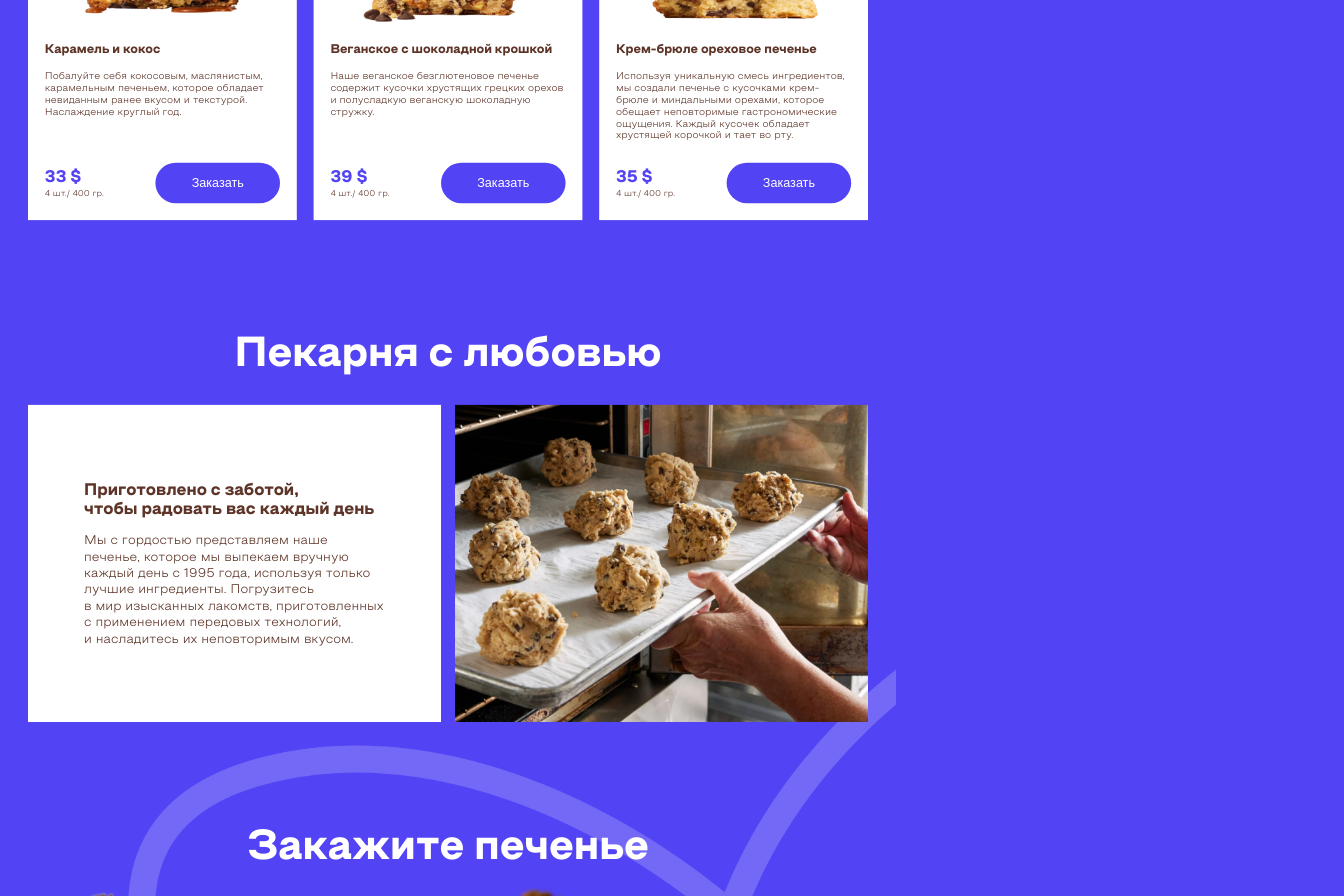
Repository: Albert24-Front-end/cookies-JS
Page: index.html
The author's editor kept a copy of each file at every save. The page is drawn from the files as they stood at one save, then again after the next save.
The browser window is 1280 px wide. The page is 1280 px wide, then 1920 px, then 1280 px, so the pictures cover 1920 px, including what lies to the right of the window. The pictures show the part of the page from y = 3058 to 4338 px (the page is 5256 px tall before and 10557 px after), at 70% of full size.

Above is the page before, as saved 2025-01-27 23:01:53.

### index.html
<!DOCTYPE html>
<html lang="en">
<head>
    <meta charset="UTF-8">
    <meta name="viewport" content="width=device-width, initial-scale=1.0">
    <link rel="icon" type="image/svg+xml" href="/images/cookies.png" />
    <link rel="stylesheet" href="./style.css">
    <title>Cookies</title>
</head>
<body>
    <div class="main">
        <div class="currency" title="Изменить валюту" id="change-currency">$</div>
    <header class="header">
        <div class="container">
            <div class="logo"><img src="./images/logo.png" alt="Logo"></div>
            <nav class="menu">
                <ul class="menu-list">
                    <li class="menu-item">
                        <a data-link="products">Каталог</a>
                    </li>
                    <li class="menu-item">
                        <a data-link="love-backery">О нас</a>
                    </li>
                    <li class="menu-item">
                        <a data-link="form_order">Оформление заказа</a>
                    </li>
                </ul>
            </nav>
        </div>
    </header>
    <section class="main-content">
        <div class="container">
            <img src="./images/line1.png" alt="line1" class="line1">
            <div class="main-info">
                <h1 class="main-title">Магия вкуса в каждой крошке</h1>
                <p class="main-text">Наши рецепты вдыхают жизнь в изысканность ингредиентов:
                    ароматное натуральное масло, свежие сливки, чистый мёд и отборная мука. Мы
                    тщательно отбираем каждый компонент премиального печенья, стремясь
                    подарить вам истинное кулинарное наслаждение.</p>
                    <div class="main-action">
                        <button class="button" id="">Заказать</button>
                    </div>
            </div>
            <img src="./images/cookie.png" alt="cookie" class="main-image">
        </div>
    </section>

    <section class="products">
        <div class="container">
            <img src="./images/line2.png" alt="line2" class="line2">
            <h2>Выберите печенье</h2>
            <div class="sugar-free">
                <div>Все</div>
                <input type="checkbox" id="switch"  />
                <label for="switch"></label>
                <div>Без сахара</div>
            </div>
            <div class="products-items">
                <!-- <div class="products-item">
                    <div class="image-wrapper"><img src="./images/1.png" alt="product1"></div>
                    <div class="products-item-details">
                        <h4>Лучшие друзья</h4>
                        <p>Печенье, с которого все началось!
                            Наше фирменное печенье с шоколадной крошкой
                            и грецкими орехами хрустящее снаружи с достаточно толстой и
                            липкой серединкой.</p>
                        <div class="products-item-extra">
                            <div class="products-item-info">
                                <div class="products-item-price" data-base-price="20">20 $</div>
                                <div class="products-item-weight">2 шт./ 200 гр.</div>
                            </div>
                            <button class="button violet">Заказать</button>
                        </div>
                    </div>
                </div>

                <div class="products-item">
                    <div class="image-wrapper"><img src="./images/2.png" alt="product2"></div>
                    <div class="products-item-details">
                        <h4>Шоколадный француз</h4>
                        <p>Это печенье, изготовленное из тёмного французского какао
                             и полусладкой шоколадной стружки, наверняка удовлетворит
                             даже самого заядлого любителя шоколада.</p>
                        <div class="products-item-extra">
                            <div class="products-item-info">
                                <div class="products-item-price"  data-base-price="24">24 $</div>
                                <div class="products-item-weight">2 шт./ 200 гр.</div>
                            </div>
                            <button class="button violet">Заказать</button>
                        </div>
                    </div>
                </div>

                <div class="products-item">
                    <div class="image-wrapper"><img src="./images/3.png" alt="product3"></div>
                    <div class="products-item-details">
                        <h4>Овсянка с изюмом, Сэр!</h4>
                        <p>Это сдобное маслянистое печенье весом шесть унций каждое,
                            золотисто-коричневое снаружи, влажное внутри и наполненное
                            пухлым сладким изюмом.</p>
                        <div class="products-item-extra">
                            <div class="products-item-info">
                                <div class="products-item-price"  data-base-price="18">18 $</div>
                                <div class="products-item-weight">2 шт./ 200 гр.</div>
                            </div>
                            <button class="button violet">Заказать</button>
                        </div>
                    </div>
                </div>

                <div class="products-item">
                    <div class="image-wrapper"><img src="./images/4.png" alt="product4"></div>
                    <div class="products-item-details">
                        <h4>Шоколадное наслаждение</h4>
                        <p>Идеально хрустящее снаружи и достаточно густое и липкое
                            в центре, это печенье наполнено полусладкой и тёмной шоколадной
                            стружкой, придающей богатую глубину вкуса.</p>
                        <div class="products-item-extra">
                            <div class="products-item-info">
                                <div class="products-item-price"  data-base-price="24">24 $</div>
                                <div class="products-item-weight">2 шт./ 200 гр.</div>
                            </div>
                            <button class="button violet">Заказать</button>
                        </div>
                    </div>
                </div>

                <div class="products-item">
                    <div class="image-wrapper"><img src="./images/5.png" alt="product5"></div>
                    <div class="products-item-details">
                        <h4>Арахисовый рай</h4>
                        <p>Сладкое, пикантное и идеально сбалансированное печенье
                            удовлетворяет тягу любителей арахисового масла и шоколада.</p>
                        <div class="products-item-extra">
                            <div class="products-item-info">
                                <div class="products-item-price"  data-base-price="20">20 $</div>
                                <div class="products-item-weight">2 шт./ 200 гр.</div>
                            </div>
                            <button class="button violet">Заказать</button>
                        </div>
                    </div>
                </div>

                <div class="products-item">
                    <div class="image-wrapper"><img src="./images/6.png" alt="product6"></div>
                    <div class="products-item-details">
                        <h4>Шоколадный ореховый деликатес</h4>
                        <p>Наша фирменная рецептура печенья с шоколадными крошками
                             и грецкими орехами гарантирует незабываемый вкусовой опыт.
                             Каждое печенье хрустит снаружи, но раскрывает внутри нежную сердцевину.</p>
                        <div class="products-item-extra">
                            <div class="products-item-info">
                                <div class="products-item-price"  data-base-price="18">18 $</div>
                                <div class="products-item-weight">2 шт./ 200 гр.</div>
                            </div>
                            <button class="button violet">Заказать</button>
                        </div>
                    </div>
                </div>

                <div class="products-item">
                    <div class="image-wrapper"><img src="./images/7.png" alt="product7"></div>
                    <div class="products-item-details">
                        <h4>Ассорти фирменного печенья</h4>
                        <p>Зачем выбирать один, когда можно получить их все? Наш классический
                            ассортимент печенья включает в себя по одному из четырёх оригинальных
                            вкусов печенья.</p>
                        <div class="products-item-extra">
                            <div class="products-item-info">
                                <div class="products-item-price"  data-base-price="36">36 $</div>
                                <div class="products-item-weight">4 шт./ 400 гр.</div>
                            </div>
                            <button class="button violet">Заказать</button>
                        </div>
                    </div>
                </div>

                <div class="products-item">
                    <div class="image-wrapper"><img src="./images/8.png" alt="product8"></div>
                    <div class="products-item-details">
                        <h4>Лимонное печенье</h4>
                        <p>Весна уже не за горами, но нам не терпелось подарить вам немного солнечного
                            света: наше первое лимонное печенье. Это лакомство жевательное, лимонное,
                            не слишком сладкое и даже немного… освежающее?</p>
                        <div class="products-item-extra">
                            <div class="products-item-info">
                                <div class="products-item-price"  data-base-price="33">33 $</div>
                                <div class="products-item-weight">4 шт./ 400 гр.</div>
                            </div>
                            <button class="button violet">Заказать</button>
                        </div>
                    </div>
                </div>

                <div class="products-item">
                    <div class="image-wrapper"><img src="./images/9.png" alt="product9"></div>
                    <div class="products-item-details">
                        <h4>Любители шоколада</h4>
                        <p>Вам больше не нужно выбирать фаворитов. Мы сделали этот набор для
                            всех людей, которые действительно любят шоколад…</p>
                        <div class="products-item-extra">
                            <div class="products-item-info">
                                <div class="products-item-price"  data-base-price="38">38 $</div>
                                <div class="products-item-weight">4 шт./ 400 гр..</div>
                            </div>
                            <button class="button violet">Заказать</button>
                        </div>
                    </div>
                </div>

                <div class="products-item">
                    <div class="image-wrapper"><img src="./images/10.png" alt="product10"></div>
                    <div class="products-item-details">
                        <h4>Карамель и кокос</h4>
                        <p>Побалуйте себя кокосовым, маслянистым, карамельным печеньем, которое
                            обладает невиданным ранее вкусом и текстурой. Наслаждение круглый год.</p>
                        <div class="products-item-extra">
                            <div class="products-item-info">
                                <div class="products-item-price"  data-base-price="33">33 $</div>
                                <div class="products-item-weight">4 шт./ 400 гр.</div>
                            </div>
                            <button class="button violet">Заказать</button>
                        </div>
                    </div>
                </div>

                <div class="products-item">
                    <div class="image-wrapper"><img src="./images/11.png" alt="product11"></div>
                    <div class="products-item-details">
                        <h4>Веганское с шоколадной крошкой</h4>
                        <p>Наше веганское безглютеновое печенье содержит кусочки хрустящих грецких
                            орехов и полусладкую веганскую шоколадную стружку.</p>
                        <div class="products-item-extra">
                            <div class="products-item-info">
                                <div class="products-item-price"  data-base-price="39">39 $</div>
                                <div class="products-item-weight">4 шт./ 400 гр.</div>
                            </div>
                            <button class="button violet">Заказать</button>
                        </div>
                    </div>
                </div>

                <div class="products-item">
                    <div class="image-wrapper"><img src="./images/12.png" alt="product12"></div>
                    <div class="products-item-details">
                        <h4>Крем-брюле ореховое печенье</h4>
                        <p>Используя уникальную смесь ингредиентов, мы создали печенье с кусочками
                            крем-брюле и миндальными орехами, которое обещает неповторимые
                            гастрономические ощущения. Каждый кусочек обладает хрустящей корочкой и
                            тает во рту.</p>
                        <div class="products-item-extra">
                            <div class="products-item-info">
                                <div class="products-item-price"  data-base-price="35">35 $</div>
                                <div class="products-item-weight">4 шт./ 400 гр.</div>
                            </div>
                            <button class="button violet">Заказать</button>
                        </div>
                    </div>
                </div> -->
            </div>
        </div>
    </section>

    <section class="love-backery">
        <div class="container">
            <h2>Пекарня с любовью</h2>
            <div class="love-items">
                <div class="love-item info">
                    <h3>Приготовлено с заботой, чтобы радовать вас каждый день</h3>
                    <p>Мы с гордостью представляем наше печенье, которое мы выпекаем
                        вручную каждый день с 1995 года, используя только лучшие ингредиенты.
                        Погрузитесь в мир изысканных лакомств, приготовленных с применением
                        передовых технологий, и насладитесь их неповторимым вкусом.</p>
                </div>
                <div class="love-item image"><img src="./images/love.png" alt="Love-backery"></div>
            </div>
        </div>
    </section>

    <section class="form_order">
        <img src="./images/line3.png" alt="line3" class="line3">
        <div class="container">
            <h2>Закажите печенье</h2>
            <img src="./images/breadcrumbs.png" alt="breadcrumbs" class="background-breadcrumbs">
            <form class="order-block">
                <div class="order-form">
                    <p>Откройте для себя волшебство вкуса с нашим премиальным печеньем!
                        Закажите прямо сейчас и окунитесь в мир сладких наслаждений. </p>
                        <div class="order-form-inputs">
                            <input type="text" placeholder="Выберите печенье" id="product">
                            <input type="text" placeholder="Ваше имя" id="name">
                            <input type="text" placeholder="Ваш телефон" id="phone">
                            <button type="button" class="button violet" id="order-action">Оформить заказ</button>
                            <!-- type="button" прописан для кнопки, чтобы избежать перевода пользователя к
                             началу сайта и дать возможность активировать JS-код -->
                        </div>
                </div>
                <div class="order-image"><img src="./images/order.png" alt="Cookies"></div>
            </form>
        </div>
    </section>

    <footer>
        <div class="logo"><img src="./images/logo.png" alt="Logo"></div>
        <p>«Все права защищены»</p>
    </footer>
</div>
<script type="module" src="./script.js"></script>
</body>
</html>

Loaded but not shown: script.js (135 lines, source omitted); products.js (122 lines, source omitted); style.css (536 lines, source omitted)

After the next save:
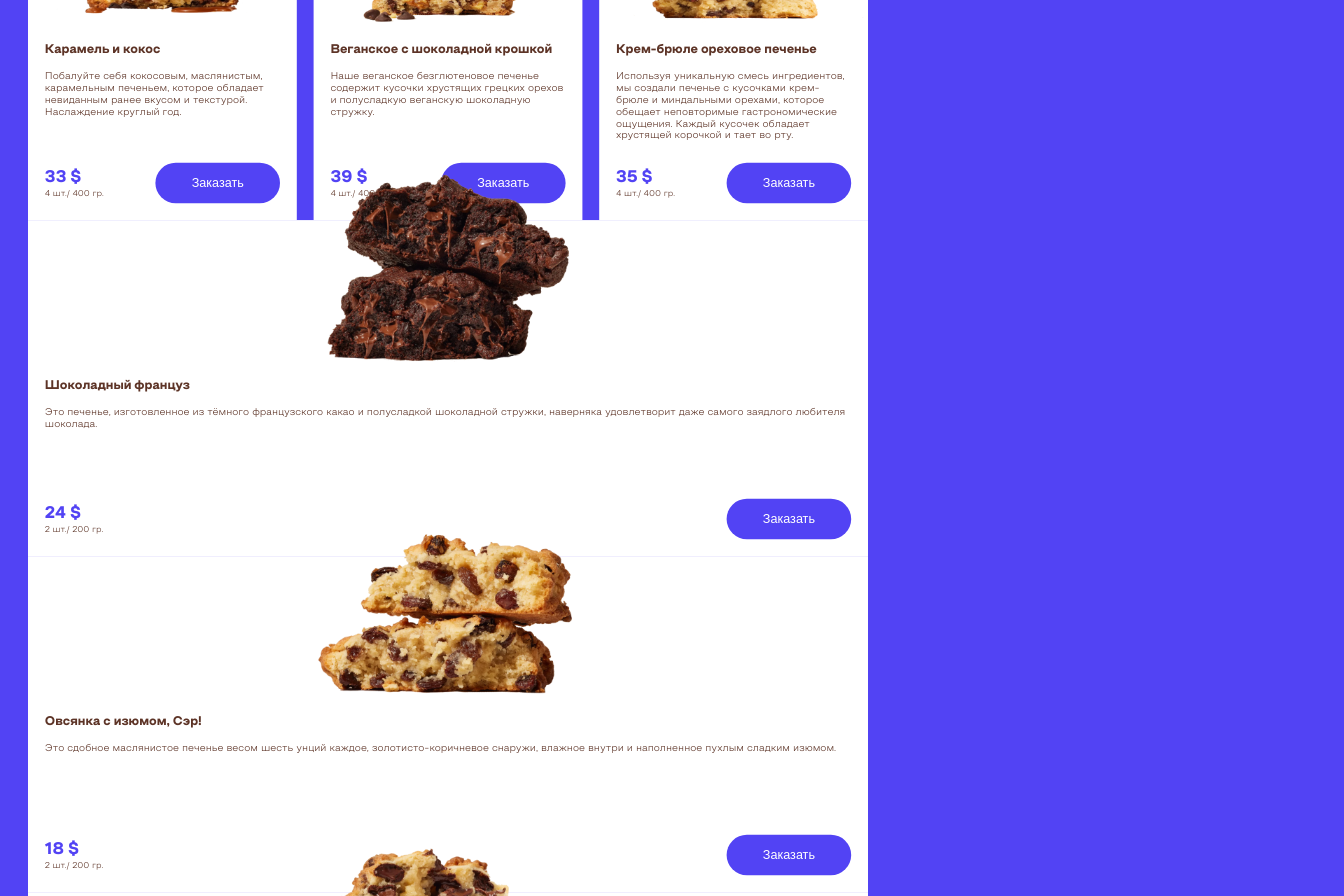
Saved 8 s later.
--- a/index.html
+++ b/index.html
@@ -56,7 +56,7 @@
                 <div>Без сахара</div>
             </div>
             <div class="products-items">
-                <!-- <div class="products-item">
+
                     <div class="image-wrapper"><img src="./images/1.png" alt="product1"></div>
                     <div class="products-item-details">
                         <h4>Лучшие друзья</h4>

After the save that followed:
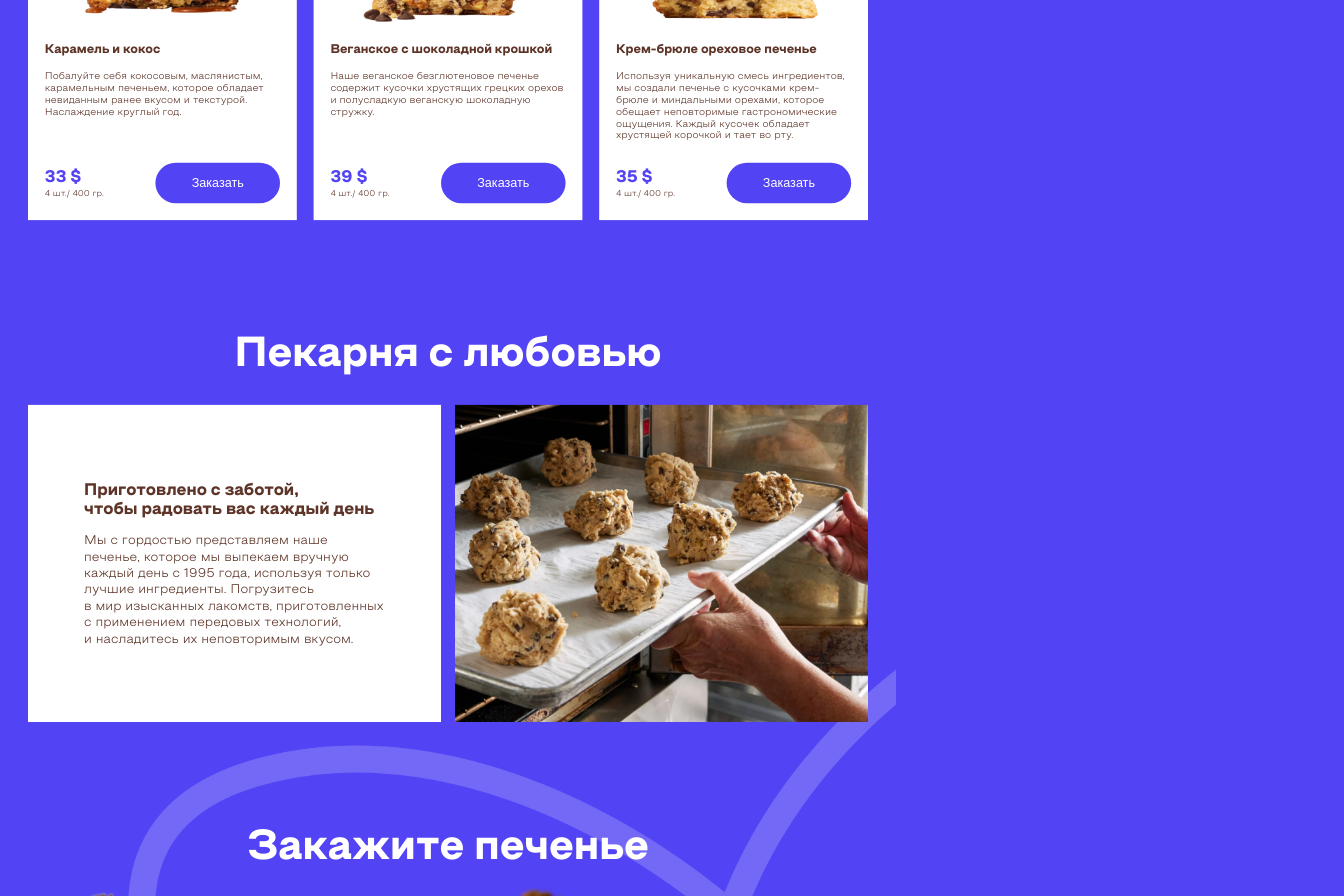
Saved 4 s later.
--- a/index.html
+++ b/index.html
@@ -56,7 +56,7 @@
                 <div>Без сахара</div>
             </div>
             <div class="products-items">
-
+                <!-- <div class="products-item">
                     <div class="image-wrapper"><img src="./images/1.png" alt="product1"></div>
                     <div class="products-item-details">
                         <h4>Лучшие друзья</h4>
